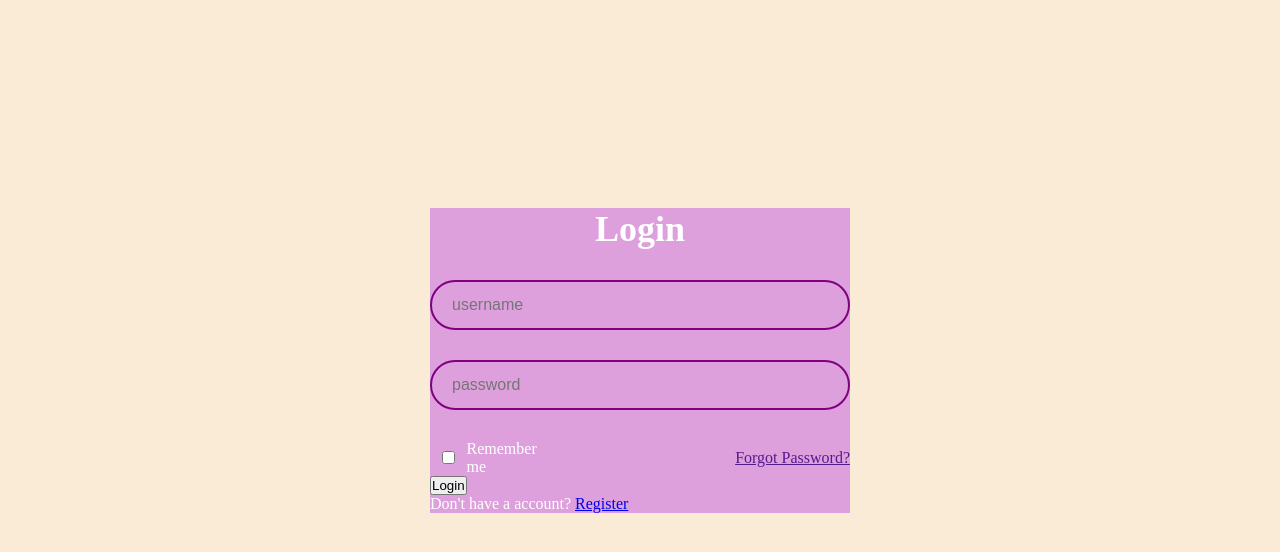
Repository: Kubraaygun/Html_Css_Login
Page: index.html
These files come from the project's save history. The page is drawn as it stood at one moment and after the next save; the edit follows.
The browser window is 1280 px wide. The pictures show the whole page.

Above is the page before, as saved 2025-03-05 19:29:02.

### index.html
<!DOCTYPE html>
<html lang="en">
  <head>
    <meta charset="UTF-8" />
    <meta name="viewport" content="width=device-width, initial-scale=1.0" />
    <title>HTML</title>
    <link rel="stylesheet" href="style.css" />
    <link
      rel="stylesheet"
      href="https://fonts.googleapis.com/icon?family=Material+Icons"
    />
  </head>

  <body>
    <div class="container">
      <form action="">
        <!-- Baslik -->
        <h1 class="login">Login</h1>

        <!-- input alanimiz -->

        <!-- surname -->
        <div class="input-box">
          <input type="text" required placeholder="username" />
        </div>

        <!-- Password -->
        <div class="input-box">
          <input type="password" required placeholder="password" />
        </div>

        <!-- Remember me Alani -->
        <div class="remember-me">
          <label> <input class="checkbox" type="checkbox" />Remember me </label>
          <a href="">Forgot Password?</a>
        </div>

        <!-- Button -->
        <button type="submit" class="button">Login</button>

        <!-- Register Link -->
        <div class="register-link">
          <p>Don't have a account? <a href="#"> Register</a></p>
        </div>
      </form>
    </div>
  </body>
</html>

### style.css
* {
  margin: 0;
  padding: 0;
  box-sizing: border-box;
}

body {
  display: flex;
  justify-content: center;
  align-items: center;
  min-height: 100vh; /* vh: Tarayici penceresinin yuksekligine gore yuzde olarak boyut belirler. 1vh pencere yuksekliginin %1ine esittir */
  background-color: antiquewhite;
}

.container {
  width: 420px;
  background-color: plum;
  color: white;
}

.login {
  font-size: 36px;
  text-align: center;
}
.input-box {
  width: 100%;
  height: 50px;
  margin: 30px 0;
}

input {
  width: 100%;
  height: 100%;
  background-color: transparent;
  border: none;
  outline: none;
  border: 2px solid purple;
  border-radius: 30px;
  font-size: 16px;
  color: purple;
  padding: 20px;
}
input:hover {
  background-color: pink;
}

.remember-me {
  display: flex;
  align-items: center;
  justify-content: space-between;
  font-size: 16px;
}

label {
  display: flex;
  align-items: center;
}

After the next save:
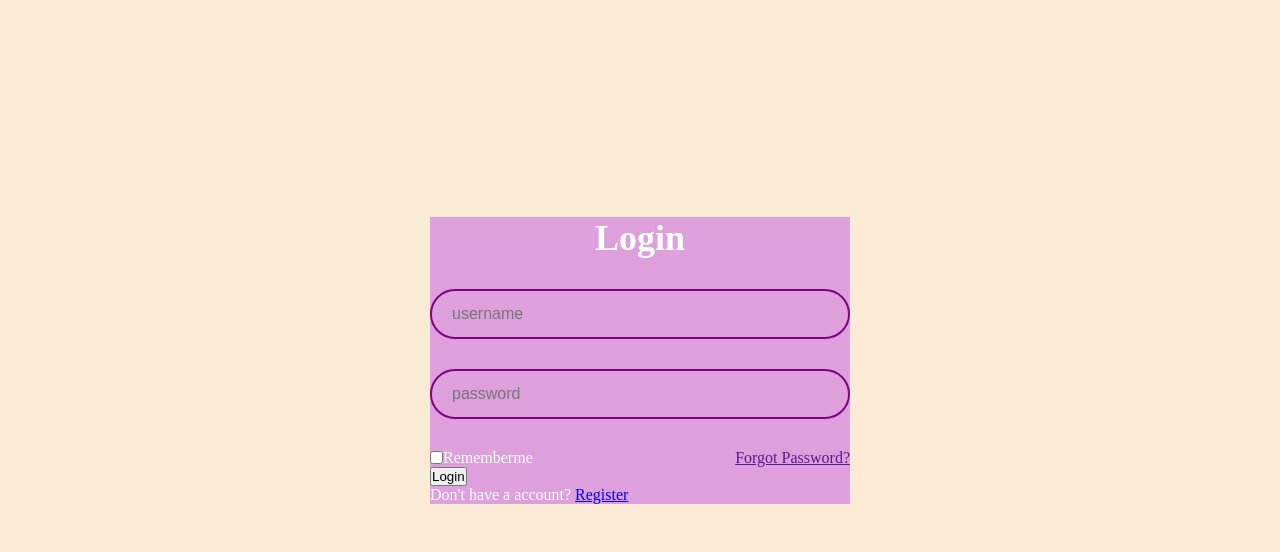
Saved 25 s later.
--- a/index.html
+++ b/index.html
@@ -31,7 +31,9 @@
 
         <!-- Remember me Alani -->
         <div class="remember-me">
-          <label> <input class="checkbox" type="checkbox" />Remember me </label>
+          <label>
+            <input class="checkbox" type="checkbox" />Remember <span></span>me
+          </label>
           <a href="">Forgot Password?</a>
         </div>
 
